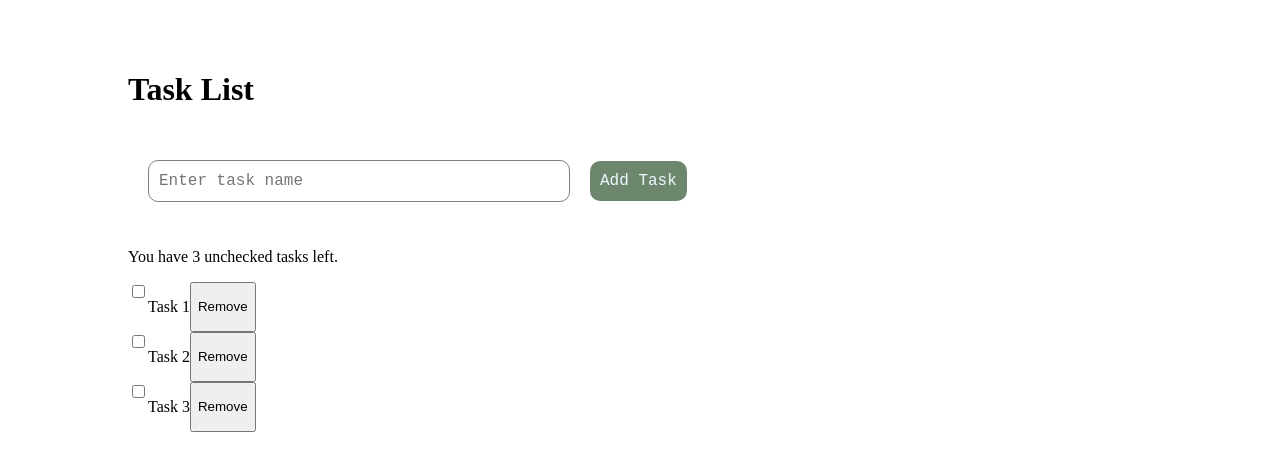
Repository: SandyLy453/task-list
Page: /
An editor plug-in stored every save of this project. The page is shown before and after the next save, followed by the edit.
The browser window is 1280 px wide. The pictures show the whole page.
The project was rebuilt for these pictures with package versions that can differ from the ones it lists, and the page was loaded fresh each time. Also part of the build but not shown: vite.config.js.

Above is the page before, as saved 2024-10-11 15:23:21.

### src/App.jsx
import { useState } from 'react';
import Task from './components/Task';
import TaskForm from './components/TaskForm';

function App() {
  const [tasks, setTasks] = useState([
    { name: 'Task 1', checked: false },
    { name: 'Task 2', checked: false },
    { name: 'Task 3', checked: false }
  ]);

  // Function to calculate the number of unchecked tasks
  const getUncheckedCount = () => {
    return tasks.filter((task) => !task.checked).length;
  };

  // Function to add a new task
  const addTask = (taskName) => {
    setTasks([...tasks, { name: taskName, checked: false }]); // New tasks are unchecked by default
  };

  // Function to remove a task
  const removeTask = (taskName) => {
    setTasks(tasks.filter((task) => task.name !== taskName));
  };

  // Function to toggle the task status
  const toggleTaskStatus = (taskName) => {
    const updatedTasks = tasks.map((task) =>
      task.name === taskName ? { ...task, checked: !task.checked } : task
    );
    setTasks(updatedTasks); // Update the task's checked status in the parent state
  };

  return (
    <>
      <div className="container">
        <h1>Task List</h1>
        <TaskForm addTask={addTask} />
        <p>You have {getUncheckedCount()} unchecked tasks left.</p>
        <div>
          {tasks.map((task, index) => (
            <Task
              key={index}
              name={task.name}
              checked={task.checked}
              toggleTaskStatus={toggleTaskStatus}
              removeTask={removeTask}
            />
          ))}
        </div>
      </div>
    </>
  );
}

export default App;

### src/index.css
.container {
  padding: 20px;
  margin: 30px 100px;
}

.inputBox {
  padding: 10px 0 10px 0;
}

.input {
  height: 20px;
  width: 400px;
  padding: 10px;
  font-size: 16px;
  font-family: monospace;
  margin: 20px;
  border-radius: 10px;
  border: 1px solid gray;
}

.sm-btn{
  height: 40px;
  padding: 10px;
  font-size: 16px;
  font-family: monospace;
  background-color: rgb(108, 135, 108);
  color: aliceblue;
  border: none;
  border-radius: 10px;
}

.sm-btn:hover {
  background-color: rgb(84, 103, 84);
}

.task {
  display: flex;
  flex-direction: row;
}

### src/components/Task.jsx
import { useRef, useEffect } from "react";

export default function Task({ name, checked, removeTask, toggleTaskStatus }) {
  const checkboxRef = useRef(null);
  const taskNameRef = useRef(null);

  useEffect(() => {
    const checkbox = checkboxRef.current;
    const crossText = taskNameRef.current;

    // Handle the initial checked state
    if (checked) {
      checkbox.checked = true;
      crossText.style.textDecoration = "line-through";
    } else {
      checkbox.checked = false;
      crossText.style.textDecoration = "none";
    }

    const handleCheckBoxChange = () => {
      toggleTaskStatus(name);
    };

    checkbox.addEventListener("change", handleCheckBoxChange);

    return () => {
      checkbox.removeEventListener("change", handleCheckBoxChange);
    };
  }, [name, checked, toggleTaskStatus]);

  return (
    <>
      <div className="task">
        <label>
          <input type="checkbox" ref={checkboxRef} />
        </label>
        <p ref={taskNameRef}>{name}</p>
        <button className="task-delete" onClick={() => removeTask(name)}>
          Remove
        </button>
      </div>
    </>
  );
}

### src/components/TaskForm.jsx
import { useState } from "react";

export default function TaskForm({ addTask }) {
  const [inputValue, setInputValue] = useState("");

  const handleSubmit = (e) => {
    e.preventDefault();
    if (inputValue.trim() !== "") {
      addTask(inputValue);
      setInputValue(""); // clear the input
    }
  };

  return (
    <form onSubmit={handleSubmit} className="inputBox">
      <input
        type="text"
        value={inputValue}
        onChange={(e) => setInputValue(e.target.value)}
        placeholder="Enter task name"
        className="input"
      />
      <button type="submit" className="sm-btn">Add Task</button>
    </form>
  );
}

Loaded but not shown: index.html (common file); src/main.jsx (common file)

After the next save:
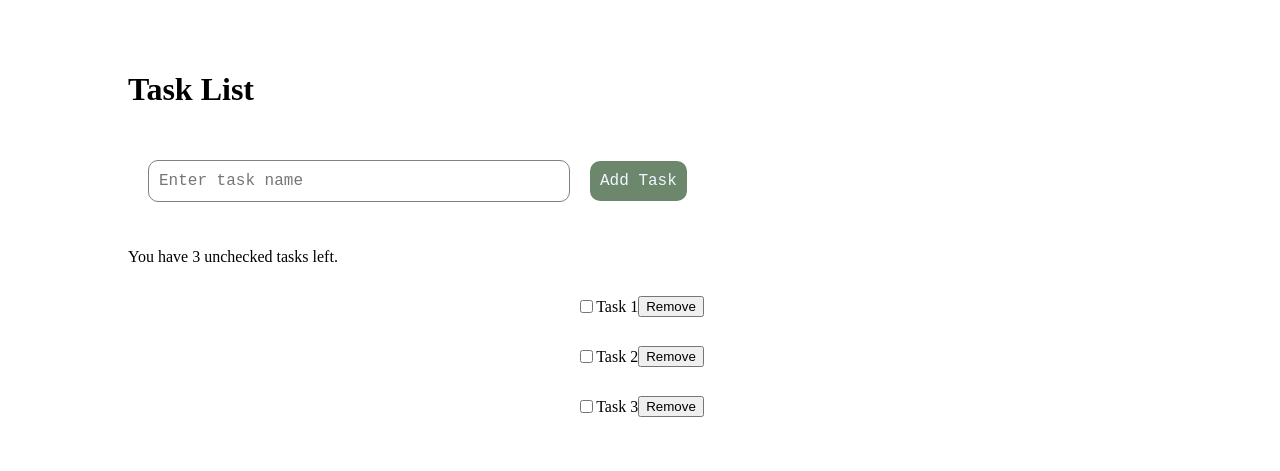
Saved 21 s later.
--- a/src/index.css
+++ b/src/index.css
@@ -36,4 +36,6 @@
 .task {
   display: flex;
   flex-direction: row;
+  justify-content: center;
+  align-items: center;
 }
